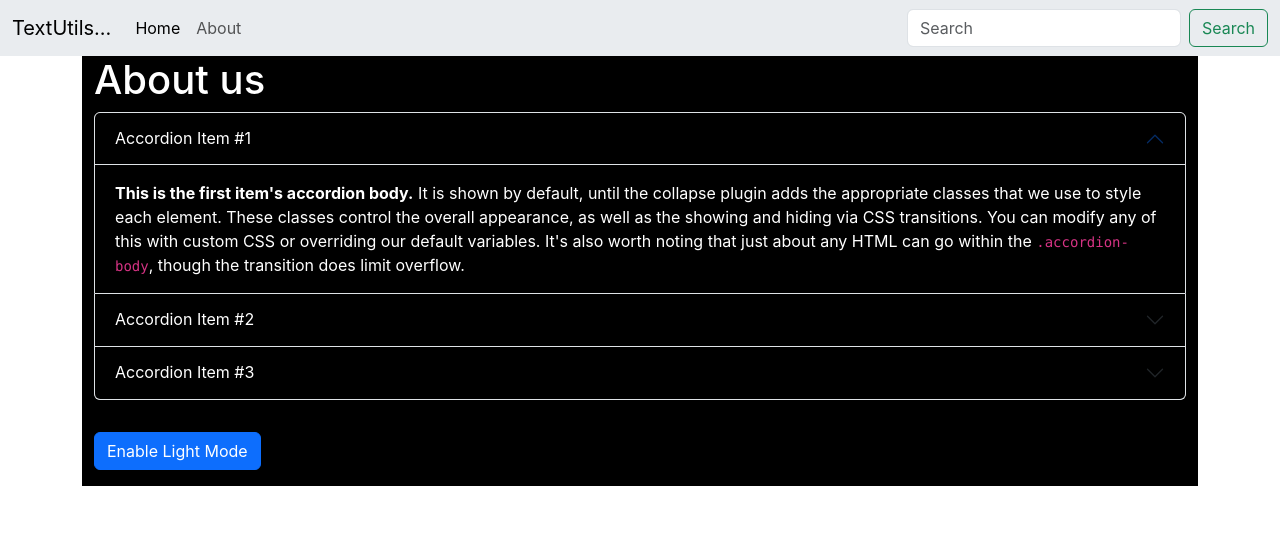
Repository: SujanNagaju/react-demo
Page: /
These files come from the project's save history. The page is drawn as it stood at one moment and after the next save; the edit follows.
The browser window is 1280 px wide. The pictures show the whole page.
The project was rebuilt for these pictures with package versions that can differ from the ones it lists, and the page was loaded fresh each time. Also part of the build but not shown: src/App.css, src/components/TextForm.js.

Above is the page before, as saved 2024-12-29 15:29:13.

After the next save:
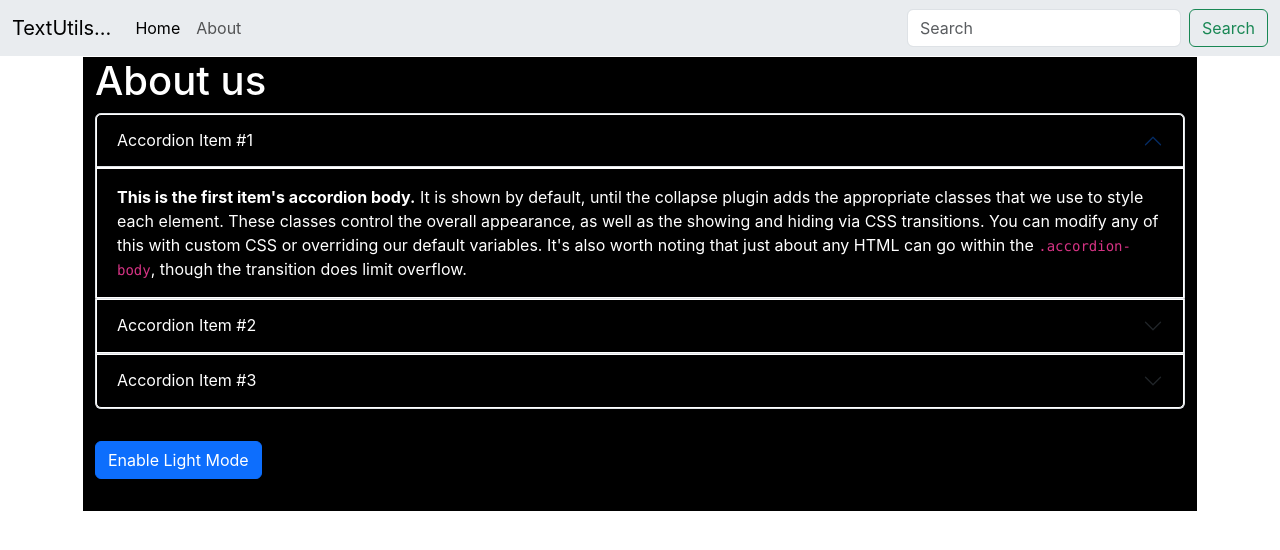
Saved 2 min 27 s later.
--- a/src/components/About.js
+++ b/src/components/About.js
@@ -5,6 +5,7 @@ export default function About(props) {
     const [myStyle, setMyStyle] = useState({
         color: 'white',
         backgroundColor: 'black',
+        border: '1px solid white',
     });
 
     const [btnText, setBtnTxt] = useState("Enable Light Mode");
